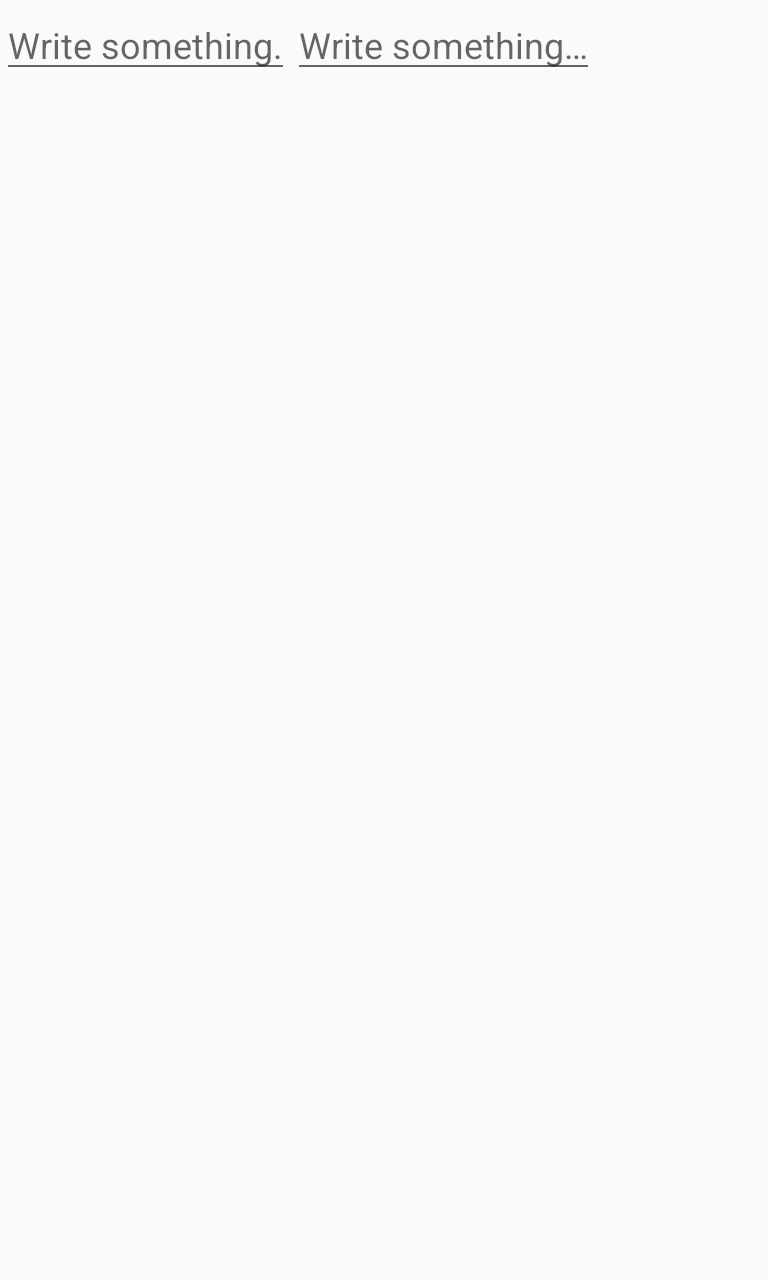
Repository: SVasilev/TimeWaste
Layout: TimeWaste/res/layout/activity_time_waste.xml
These files come from the project's save history. The layout is drawn as it stood at one moment and after the next save; the edit follows.
It is drawn on a 768 x 1280 px phone screen (xhdpi) without system bars, with theme AppTheme; the app's code is not run.

Above is the layout before, as saved 2014-07-18 23:08:25.

After the next save:
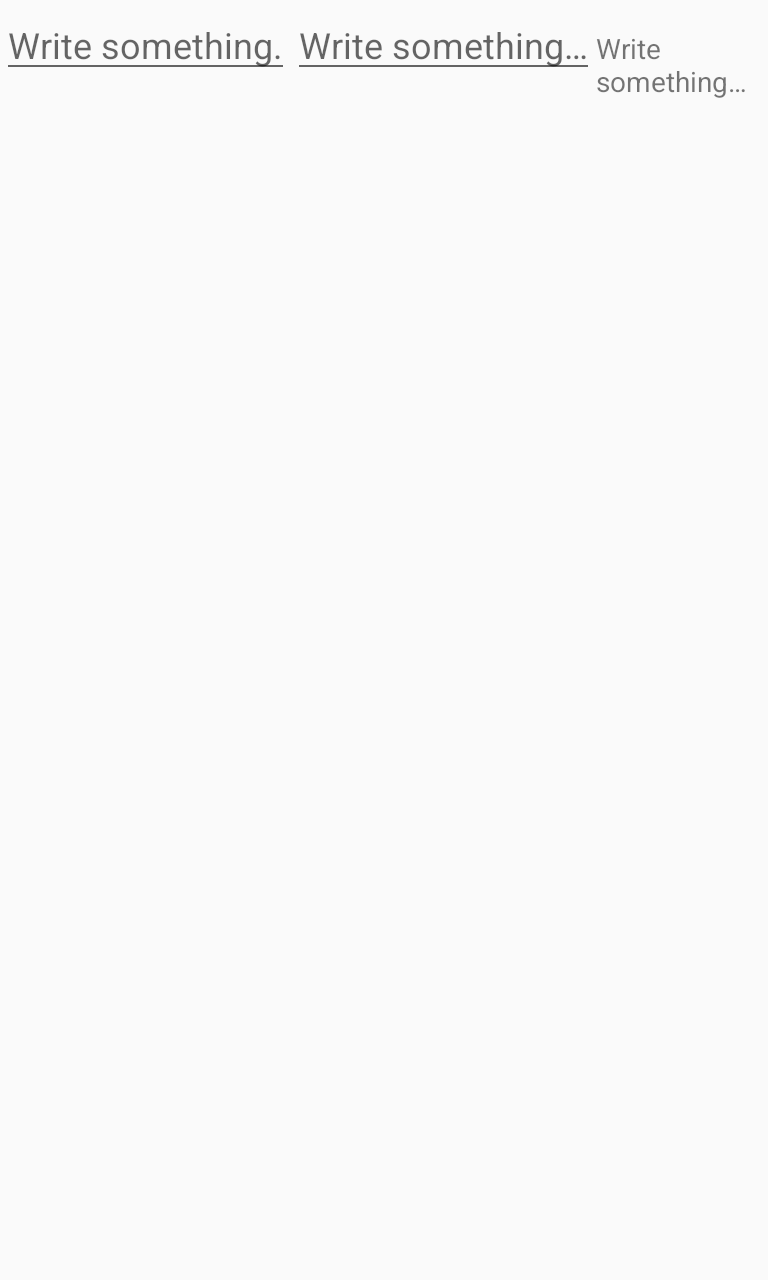
Saved 6 s later.
--- a/TimeWaste/res/layout/activity_time_waste.xml
+++ b/TimeWaste/res/layout/activity_time_waste.xml
@@ -16,7 +16,7 @@
 
     <TextView android:id="@+id/text_view"
         android:layout_width="wrap_content"
-        android:layout_height="wrap_conent"
+        android:layout_height="wrap_content"
         android:text="@string/std_message" />
 
 </LinearLayout>
